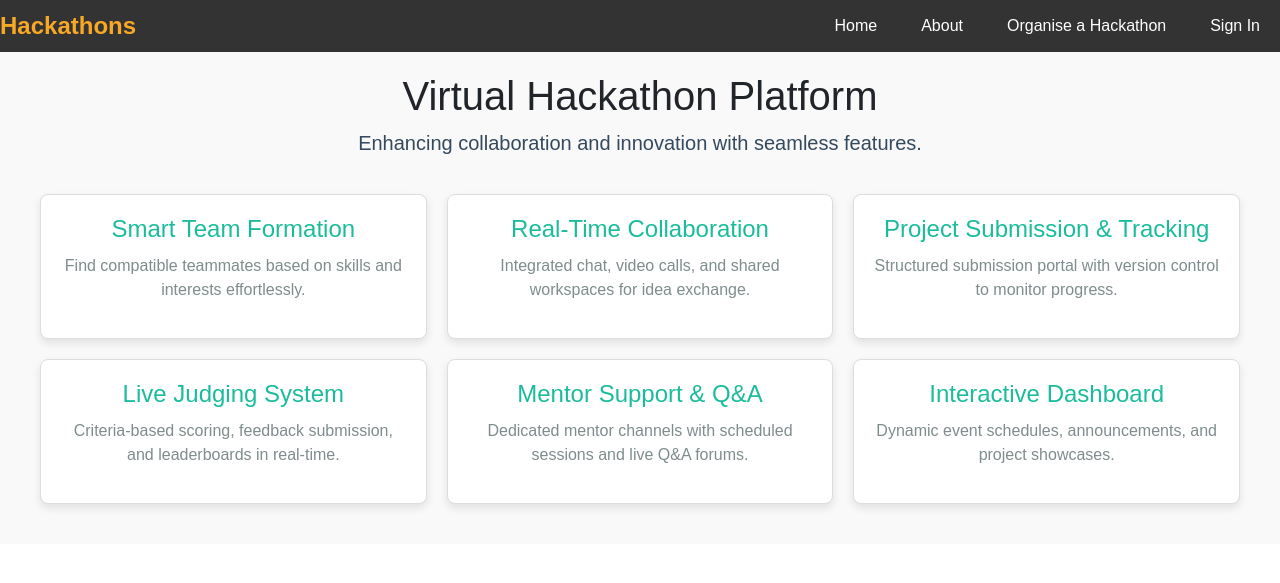
Repository: Ken-Kanike/RUBIX25_41_TECHTITANS
Page: / (app in backend/client/)
The author's editor kept a copy of each file at every save. The page is drawn from the files as they stood at one save, then again after the next save.
The browser window is 1280 px wide. The pictures show the whole page.
The project was rebuilt for these pictures with package versions that can differ from the ones it lists, and the page was loaded fresh each time. Also part of the build but not shown: backend/client/src/signin.js, backend/client/src/dashboardUSER.css, backend/client/src/dashboardUnavbar.js, backend/client/src/dashboardUSER.js.

Above is the page before, as saved 2025-01-23 02:16:43.

After the next save:
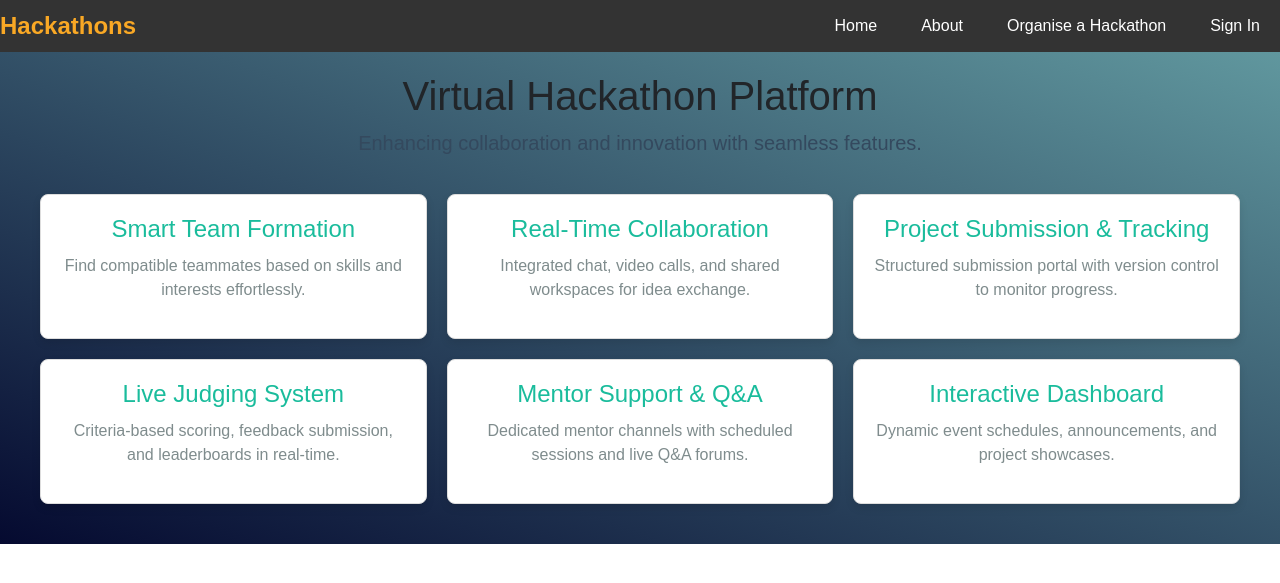
Saved 3 s later.
--- a/backend/client/src/homepage.css
+++ b/backend/client/src/homepage.css
@@ -3,7 +3,7 @@
     font-family: Arial, sans-serif;
     padding: 20px;
     text-align: center;
-    background-color: #f9f9f9;
+    background: linear-gradient(to bottom left, #60979e, #050a30);
 }
 
 
